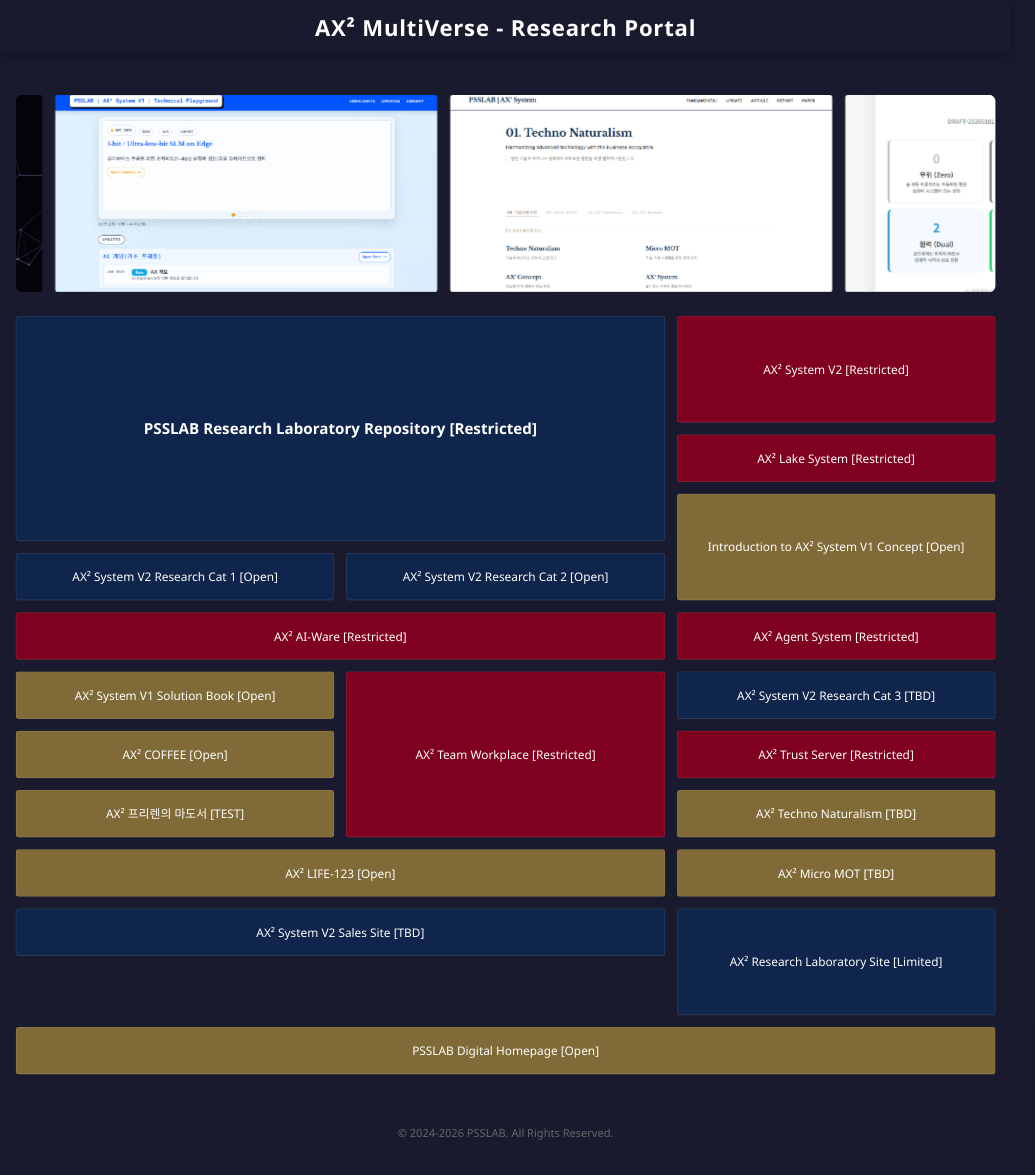
Repository: hycse89/PSSLAB_OpenSite
Page: psslab_multiverse_v3.html
An editor plug-in stored every save of this project. The page is shown before and after a run of saves, followed by the edit.
The browser window is 1280 px wide. The page is 1310 px wide, so the pictures cover 1310 px, including what lies to the right of the window. The pictures show the whole page, at 79% of full size.

Above is the page before, as saved 2026-01-11 21:11:20.

After the next 3 saves:
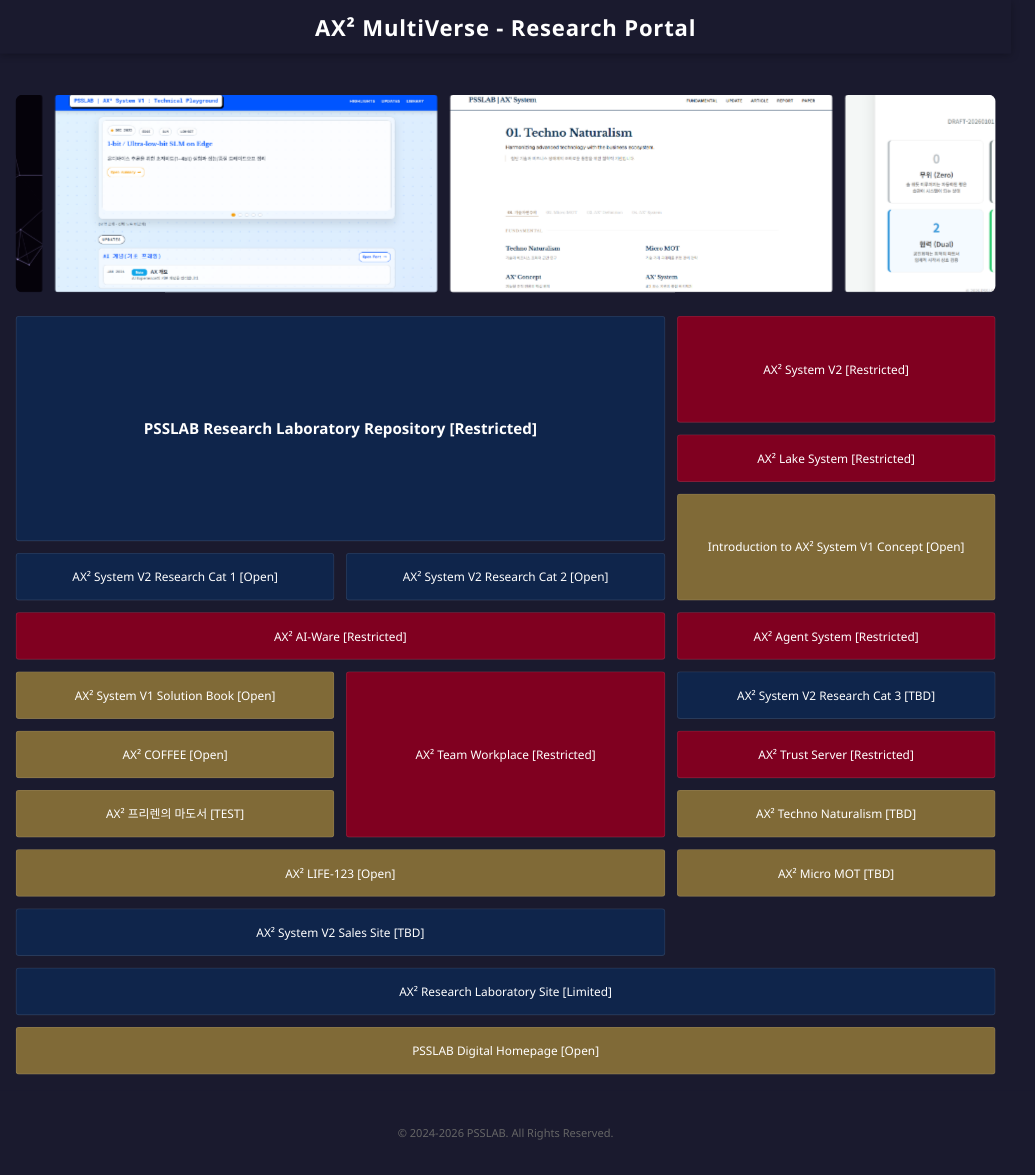
The 3 saves are shown as one change because they came seconds apart.
The last was saved 9 s later.
--- a/psslab_multiverse_v3.html
+++ b/psslab_multiverse_v3.html
@@ -218,7 +218,7 @@
 
             <a href="http://localhost:8001/utils/markdown_viewer.html?file=/ax_research/doc/doc_ax_micro_mot_v2.md" class="link-button color-3 h-1">AX² Micro MOT [TBD]</a>
 
-            <a href="https://hycse89.github.io/PSSLAB_OpenSite/ax2_research_lab/" class="link-button color-1 h-2">AX² Research Laboratory Site [Limited]</a>
+            <a href="https://hycse89.github.io/PSSLAB_OpenSite/ax2_research_lab/" class="link-button color-1 w-3 h-1">AX² Research Laboratory Site [Limited]</a>
 
             <a href="http://www.psslab.co.kr" class="link-button color-3 w-3 h-1">PSSLAB Digital Homepage [Open]</a>
         </div>
